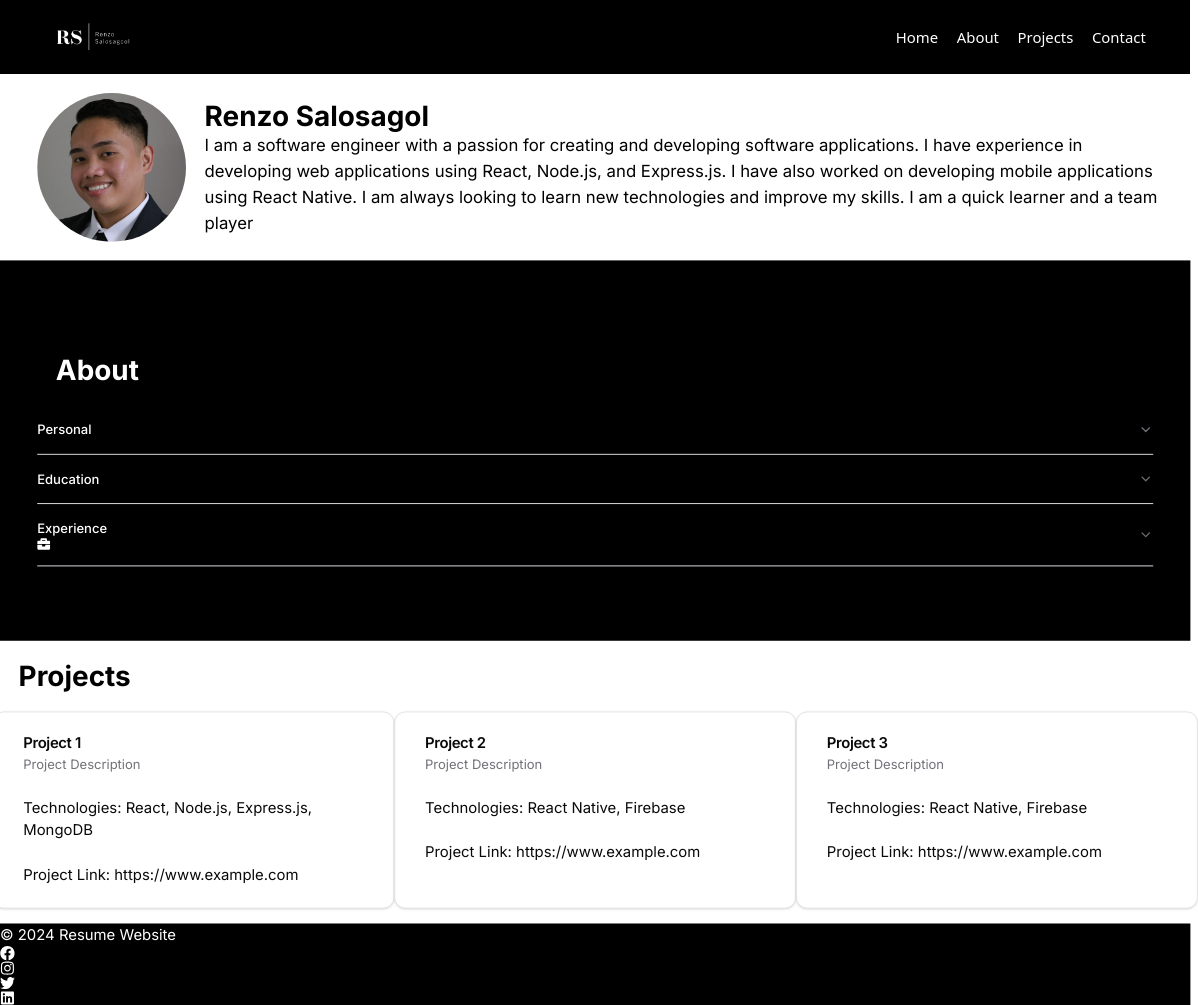
Repository: Renzo-Salosagcol/Portfolio-Website
Page: / (app in resume_website/)
These files come from the project's save history. The page is drawn as it stood at one moment and after the next save; the edit follows.
The browser window is 1280 px wide. The page is 1288 px wide, then 1280 px, then 1288 px, so the pictures cover 1288 px, including what lies to the right of the window. The pictures show the whole page, at 93% of full size.
The project was rebuilt for these pictures with package versions that can differ from the ones it lists, and the page was loaded fresh each time. Also part of the build but not shown: resume_website/vite.config.js.

Above is the page before, as saved 2024-12-11 15:54:17.

After the next save:
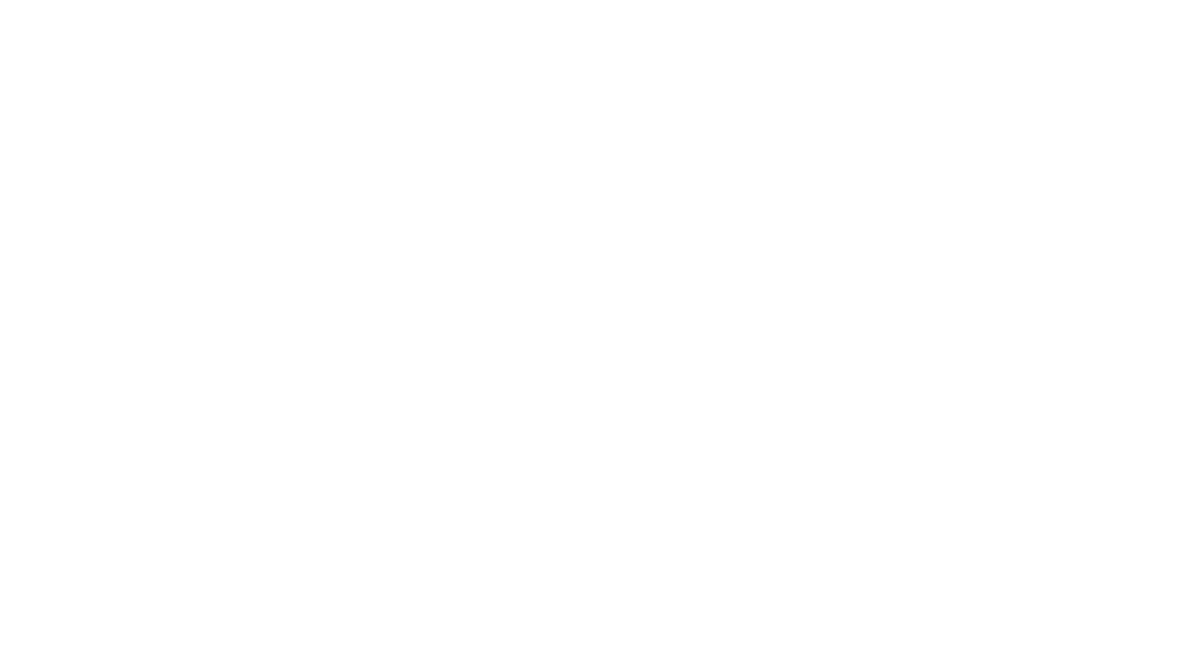
Console error: ReferenceError: FaBriefCase is not defined
Saved 30 s later.
--- a/resume_website/src/components/about.jsx
+++ b/resume_website/src/components/about.jsx
@@ -27,7 +27,7 @@
         </AccordionItem>
         <AccordionItem value="item-3">
           <AccordionTrigger className="">
-            <div>Experience<FaBriefcase></FaBriefcase></div>
+            <div><FaBriefCase />Experience</div>
           </AccordionTrigger>
           <AccordionContent>
             <div>{ EXPERIENCE_INFO }</div>

After the save that followed:
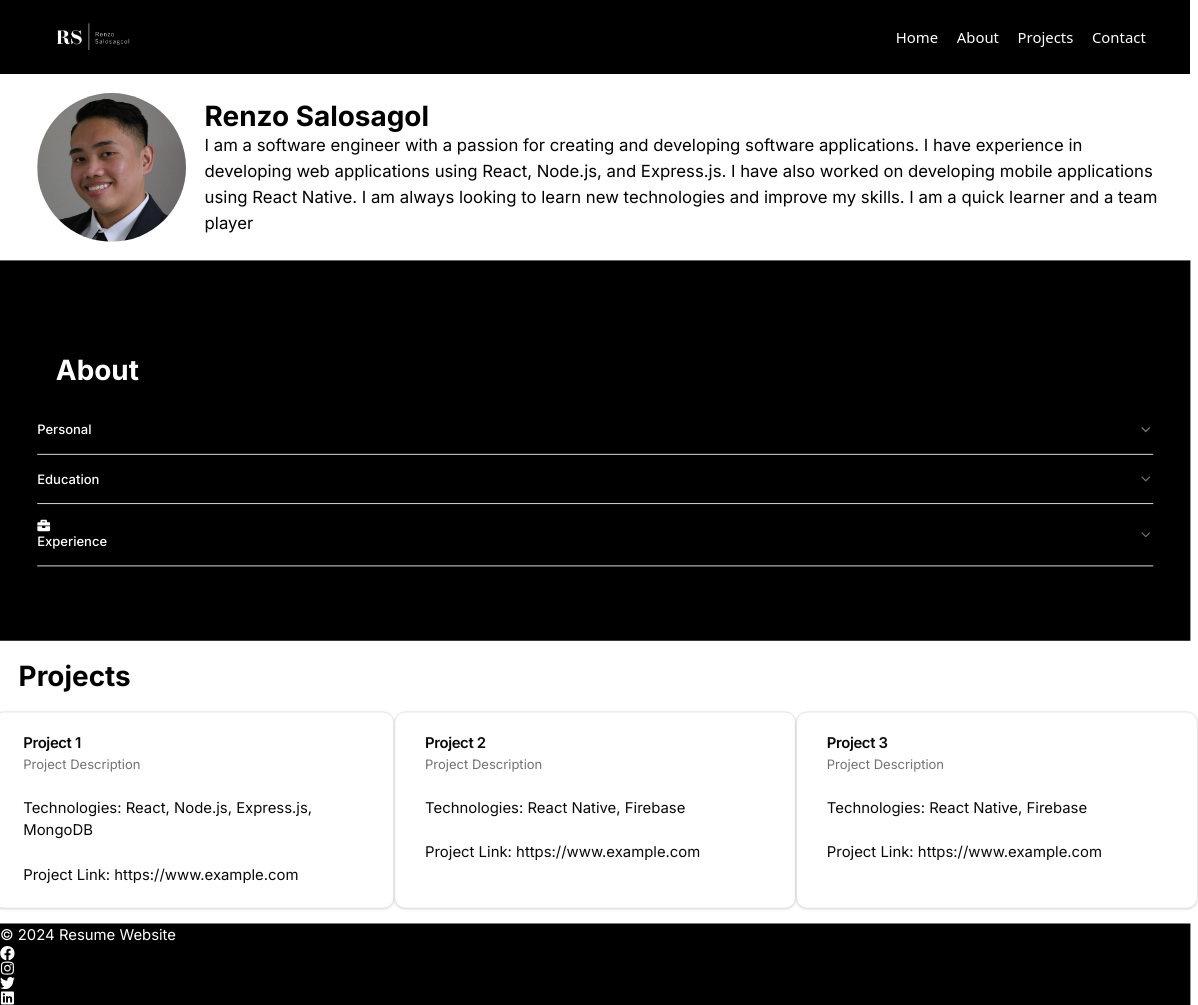
The error is gone.
Saved 7 s later.
--- a/resume_website/src/components/about.jsx
+++ b/resume_website/src/components/about.jsx
@@ -27,7 +27,7 @@
         </AccordionItem>
         <AccordionItem value="item-3">
           <AccordionTrigger className="">
-            <div><FaBriefCase />Experience</div>
+            <div><FaBriefcase />Experience</div>
           </AccordionTrigger>
           <AccordionContent>
             <div>{ EXPERIENCE_INFO }</div>
